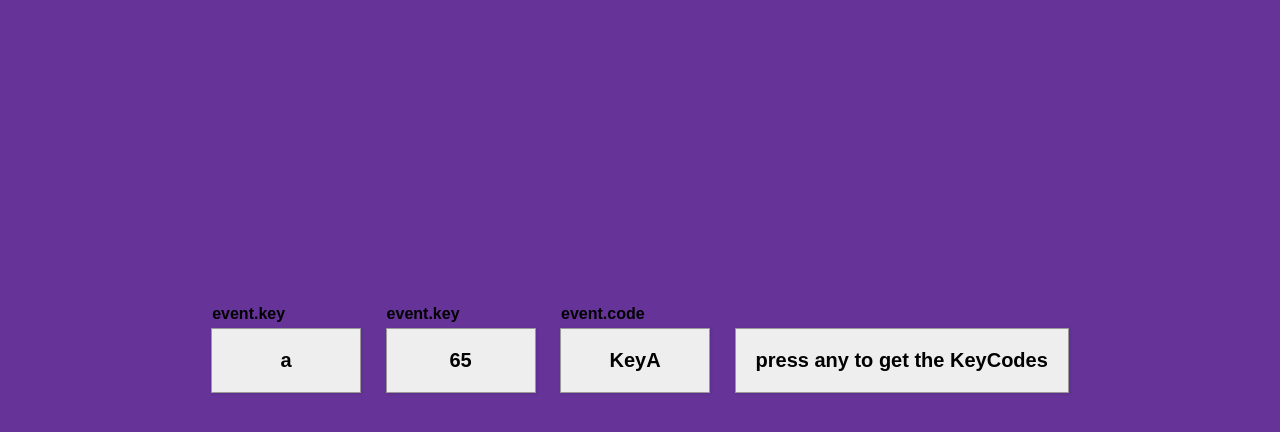
Repository: ElideZavala/Generator-Key
Page: index.html
These files come from the project's save history. The page is drawn as it stood at one moment and after the next save; the edit follows.
The browser window is 1280 px wide. The pictures show the whole page.
Some web fonts or font styles are not loaded; a fallback is used.

Above is the page before, as saved 2021-06-07 15:33:13.

### index.html
<!DOCTYPE html>
<html lang="en">
<head>
	<meta charset="UTF-8">
	<meta http-equiv="X-UA-Compatible" content="IE=edge">
	<meta name="viewport" content="width=device-width, initial-scale=1.0">
	<link rel="stylesheet" href="style.css">
	<link rel="stylesheet" href="normalize.css">
	<title>Event KeyCodes</title>
</head>
<body>
	<div id="insert">
		<div class="key">
			a
			<small>event.key</small>
		</div>

		<div class="key">
			65
			<small>event.key</small>
		</div>

		<div class="key">
			KeyA
			<small>event.code</small>
		</div>

		<div class="key">
			press any to get the KeyCodes
		</div>
	</div>


	<script src="script.js"></script>
</body>
</html>

### style.css
@import url('https://fonts.googleapis.com/css?family=Muli&display=swap');

* {
	box-sizing: border-box;
}

body {
	background-color: rebeccapurple;
	font-family: 'Muli', sans-serif;
	display: flex;
	flex-direction: column;
	align-items: center;
	justify-content: center;
	text-align: center;
	height: 100vh;
	overflow: hidden;
	margin: 0;
}

.key {
	border: 1px solid #999;
	background-color: #eee;
	box-shadow: 1px 1px 3px rgba( 0, 0, 0, 0.1);
	color: #000;
	display: inline-flex;
	align-items: center;
	font-weight: bold;
	font-size: 20px;
	padding: 20px;
	flex-direction: column;
	margin: 10px;
	min-width: 150px;
	position: relative;
}

.key small {
	position: absolute;
	top: -24px;
	left: 0;
}

Loaded but not shown: normalize.css (library); script.js (no copy from this time; the picture is the same without it)

After the next save:
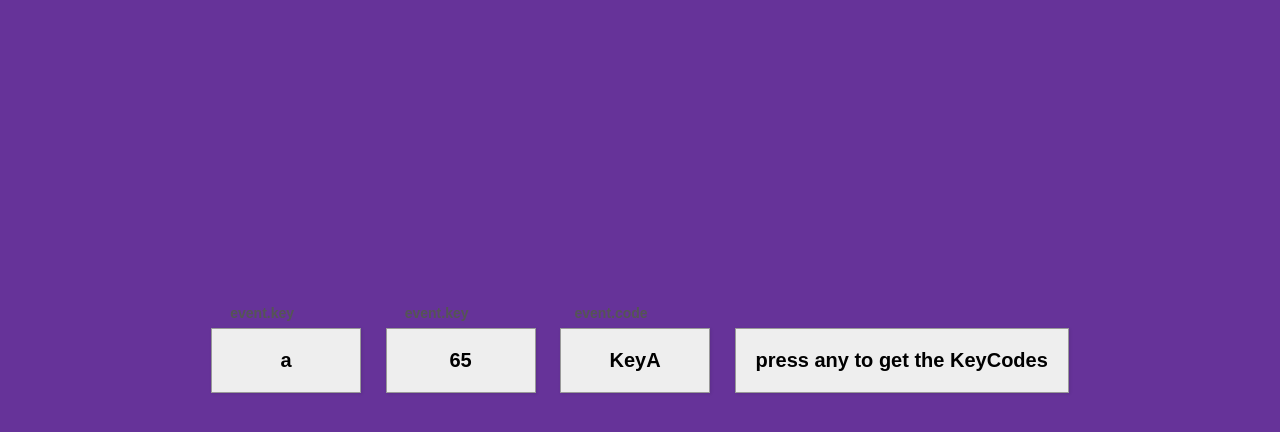
Saved 85 s later.
--- a/style.css
+++ b/style.css
@@ -37,4 +37,8 @@ body {
 	position: absolute;
 	top: -24px;
 	left: 0;
+	text-align: center;
+	width: 100px;
+	color: #555;
+	font-size: 14px;
 }
